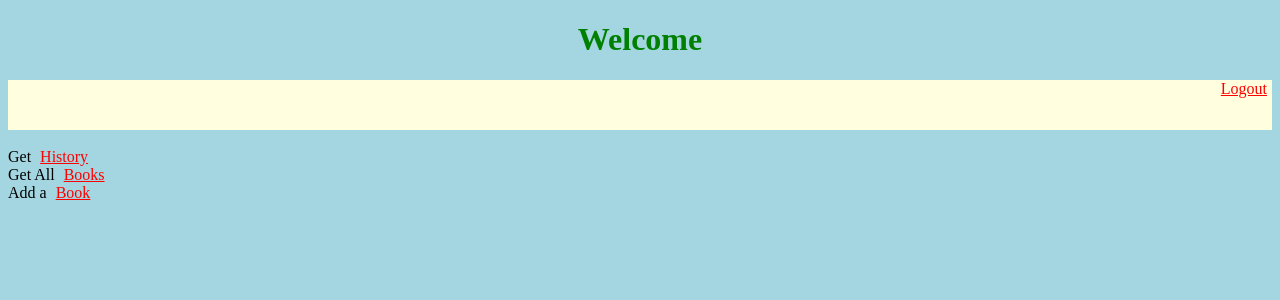
Repository: prashantvadlamani/Library-Management-System
Page: http://localhost/project/librarian.jsp
These files come from the project's save history. The page is drawn as it stood at one moment and after the next save; the edit follows.
The browser window is 1280 px wide. The pictures show the whole page.
The page is served by Tomcat 9. Other server files are loaded and not shown.

Above is the page before, as saved 2018-08-23 05:49:01.

### project/WebContent/librarian.jsp
<%@ page language="java" contentType="text/html; charset=ISO-8859-1"
    pageEncoding="ISO-8859-1"%>
<%@page import="java.util.*"%>
<%@page import="model.*"%>
<!DOCTYPE html PUBLIC "-//W3C//DTD HTML 4.01 Transitional//EN" "http://www.w3.org/TR/html4/loose.dtd">
<html>
<head>
<meta http-equiv="Content-Type" content="text/html; charset=ISO-8859-1">
<title>Librarian</title>
<style>
	h1{
		text-align:center;
		color: green;
	}

	a{
		color: red;
		padding: 5px;
	}
	body{
		background-color: #a3d6e0;
	}
</style>
</head>
<body>
	<header>
	   <h1>Welcome</h1>
  </header>
	<div style="text-align:right;background-color: lightyellow;height: 50px;"><a href="logout" >Logout</a></div>
	<br>
	Get <a href="libhistory">History</a>
	<br>
	Get All <a href="librarianServlet">Books</a>
	<br>
	Add a <a href="add">Book</a>



</body>
</html>

After the next save:
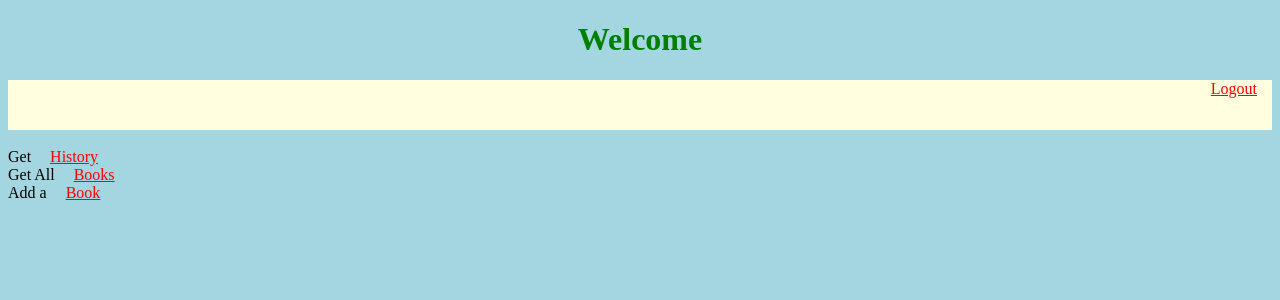
Saved 8 s later.
--- a/project/WebContent/librarian.jsp
+++ b/project/WebContent/librarian.jsp
@@ -15,7 +15,7 @@
 
 	a{
 		color: red;
-		padding: 5px;
+		padding: 15px;
 	}
 	body{
 		background-color: #a3d6e0;
